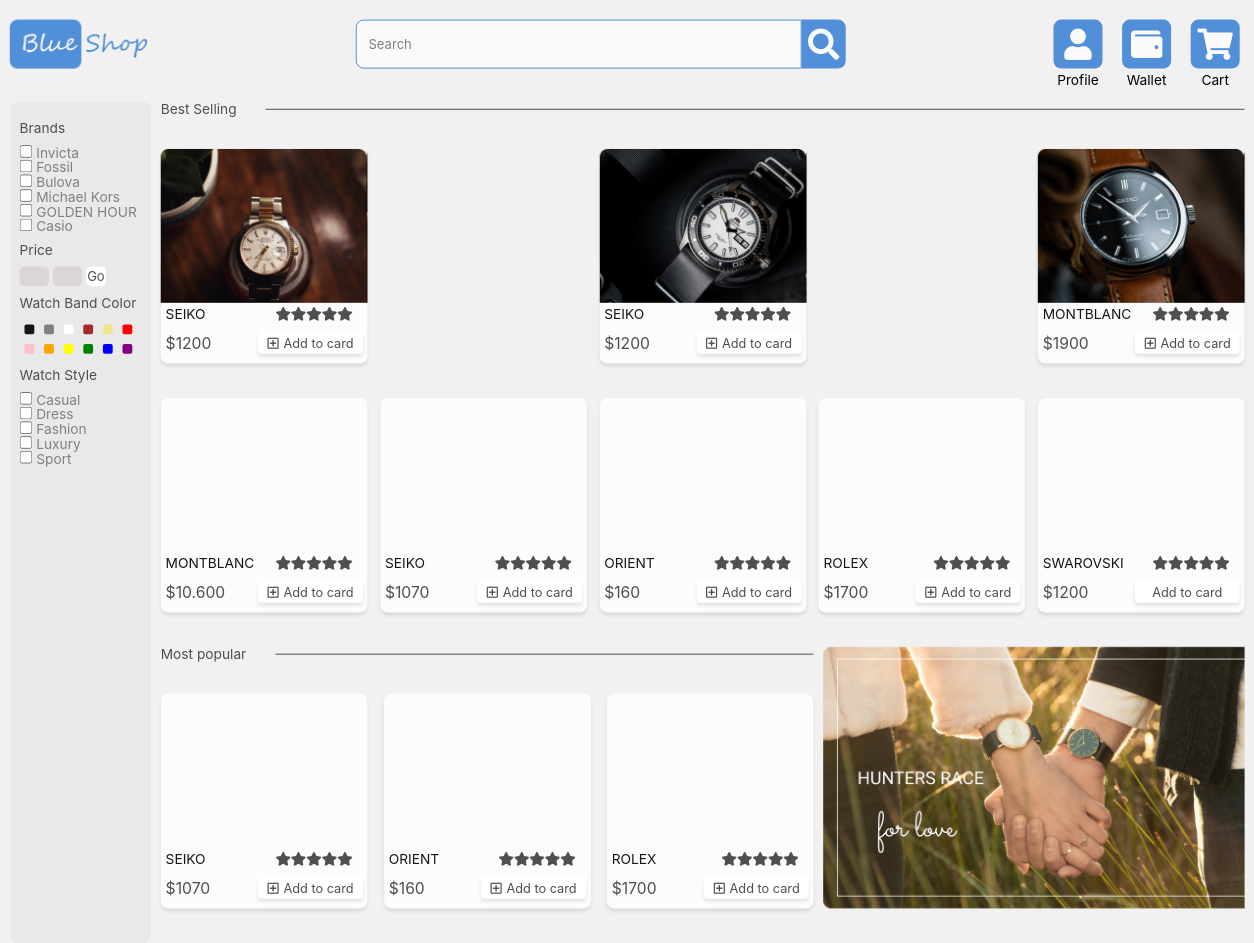
Repository: 5440000/5440000.github.io
Page: My-shop/index.html
An editor plug-in stored every save of this project. The page is shown before and after the next save, followed by the edit.
The browser window is 1280 px wide. The pictures show the whole page, at 98% of full size.

Above is the page before, as saved 2022-04-07 18:52:44.

### My-shop/index.html
<!DOCTYPE html>
<html lang="en">
  <head>
    <meta charset="UTF-8" />
    <meta name="viewport" content="width=device-width, initial-scale=1.0" />
    <link
      rel="stylesheet"
      href="https://cdnjs.cloudflare.com/ajax/libs/font-awesome/5.15.4/css/all.min.css"
      integrity="sha512-1ycn6IcaQQ40/MKBW2W4Rhis/DbILU74C1vSrLJxCq57o941Ym01SwNsOMqvEBFlcgUa6xLiPY/NS5R+E6ztJQ=="
      crossorigin="anonymous"
      referrerpolicy="no-referrer"
    />
    <title>Document</title>
    <link rel="stylesheet" href="css/style.css" />
    <link rel="stylesheet" href="css/modal.css" />
    <!-- <link
      href="https://cdn.jsdelivr.net/npm/bootstrap@5.1.3/dist/css/bootstrap.min.css"
      rel="stylesheet"
      integrity="sha384-1BmE4kWBq78iYhFldvKuhfTAU6auU8tT94WrHftjDbrCEXSU1oBoqyl2QvZ6jIW3"
      crossorigin="anonymous"
    /> -->
  </head>
  <body>
    <div class="header">
      <header class="header__container">
        <div class="header__logo">
          <img src="./img/Logo.png" alt="" />
        </div>
        <div class="search">
          <form class="form" action="#">
            <input
              class="form__ínput-area input__search"
              type="text"
              name=""
              value="Search"
            />
            <button class="form__button" type="submit">
              <i class="fas fa-search"></i>
            </button>
          </form>
        </div>
        <div class="nav">
          <div class="list-button">
            <div class="list-button__item-wrapper">
              <div class="list-button__profile list-button__item">
                <i class="fas fa-user"></i>
              </div>
              <span class="list-button__subtitle">Profile</span>
            </div>
            <div class="list-button__item-wrapper">
              <div class="list-button__wallet list-button__item">
                <i class="fas fa-wallet"></i>
              </div>
              <span class="list-button__subtitle">Wallet</span>
            </div>
            <div class="list-button__item-wrapper">
              <div class="list-button__cart list-button__item">
                <i class="fas fa-shopping-cart"></i>
              </div>

              <span class="list-button__subtitle">Cart</span>
            </div>
          </div>
        </div>
      </header>
    </div>
    <section class="main">
      <div class="main__container">
        <div class="side-bar">
          <div class="brands div-sidebar">
            <div class="side-bar-title">Brands</div>
            <div class="brands__check-box">
              <div>
                <input
                  type="checkbox"
                  id="coding"
                  name="interest"
                  value="coding"
                />
                <label for="coding">Invicta</label>
              </div>
              <div>
                <input
                  type="checkbox"
                  id="music"
                  name="interest"
                  value="music"
                />
                <label for="music">Fossil</label>
              </div>
              <div>
                <input type="checkbox" id="art" name="interest" value="art" />
                <label for="art">Bulova</label>
              </div>
              <div>
                <input
                  type="checkbox"
                  id="sports"
                  name="interest"
                  value="sports"
                />
                <label for="sports">Michael Kors</label>
              </div>
              <div>
                <input
                  type="checkbox"
                  id="cooking"
                  name="interest"
                  value="cooking"
                />
                <label for="cooking">GOLDEN HOUR</label>
              </div>
              <div>
                <input
                  type="checkbox"
                  id="other"
                  name="interest"
                  value="other"
                />
                <label for="other">Casio</label>
              </div>
            </div>
          </div>

          <div class="price div-sidebar">
            <div class="side-bar-title">Price</div>
            <form class="price__form" action="">
              <input class="price__input" type="text" name="" value="" />
              <input class="price__input" type="text" name="" value="" />

              <button id="price__button" class="price__button" type="submit">
                Go
              </button>
            </form>
          </div>
          <div class="colors div-sidebar">
            <div class="colors__title side-bar-title">Watch Band Color</div>
            <div class="wrapper-colors">
              <div class="wrapper-colors__black color"></div>
              <div class="wrapper-colors__grey color"></div>
              <div class="wrapper-colors__white color"></div>
              <div class="wrapper-colors__brown color"></div>
              <div class="wrapper-colors__kashmir color"></div>
              <div class="wrapper-colors__red color"></div>
              <div class="wrapper-colors__pink color"></div>
              <div class="wrapper-colors__orange color"></div>
              <div class="wrapper-colors__yellow color"></div>
              <div class="wrapper-colors__green color"></div>
              <div class="wrapper-colors__blue color"></div>
              <div class="wrapper-colors__purple color"></div>
            </div>
          </div>
          <div class="Style div-sidebar">
            <div class="side-bar-title">Watch Style</div>
            <div>
              <input
                type="checkbox"
                id="coding"
                name="interest"
                value="coding"
              />
              <label for="coding">Casual</label>
            </div>
            <div>
              <input type="checkbox" id="music" name="interest" value="music" />
              <label for="music">Dress</label>
            </div>
            <div>
              <input type="checkbox" id="art" name="interest" value="art" />
              <label for="art">Fashion</label>
            </div>
            <div>
              <input
                type="checkbox"
                id="sports"
                name="interest"
                value="sports"
              />
              <label for="sports">Luxury</label>
            </div>
            <div>
              <input
                type="checkbox"
                id="cooking"
                name="interest"
                value="cooking"
              />
              <label for="cooking">Sport</label>
            </div>
          </div>
        </div>
        <div class="shop">
          <div class="banner"></div>
          <div class="shop__separator separator">
            <div class="separator__title">Best Selling</div>
          </div>
          <div id="list_goods">

          </div>
          <div class="shop__list-items">
            <div class="item">
              <div class="item__image item__image--montblank"></div>
              <div class="item__discription-container">
                <div class="item__name item-size">MONTBLANC</div>
                <div class="item__raiting item-size">
                  <i class="fas fa-star"></i>
                  <i class="fas fa-star"></i>
                  <i class="fas fa-star"></i>
                  <i class="fas fa-star"></i>
                  <i class="fas fa-star"></i>
                </div>
                <div class="item__price item-size">$10.600</div>
                <div class="item__button item-size">
                  <button class="item__buttion">
                    <i class="far fa-plus-square"></i>Add to card
                  </button>
                </div>
              </div>
            </div>
            <div class="item">
              <div class="item__image item__image--seiko"></div>
              <div class="item__discription-container">
                <div class="item__name item-size">SEIKO</div>
                <div class="item__raiting item-size">
                  <i class="fas fa-star"></i>
                  <i class="fas fa-star"></i>
                  <i class="fas fa-star"></i>
                  <i class="fas fa-star"></i>
                  <i class="fas fa-star"></i>
                </div>
                <div class="item__price item-size">$1070</div>
                <div class="item__button item-size">
                  <button class="item__buttion">
                    <i class="far fa-plus-square"></i>Add to card
                  </button>
                </div>
              </div>
            </div>
            <div class="item">
              <div class="item__image item__image--orient"></div>
              <div class="item__discription-container">
                <div class="item__name item-size">ORIENT</div>
                <div class="item__raiting item-size">
                  <i class="fas fa-star"></i>
                  <i class="fas fa-star"></i>
                  <i class="fas fa-star"></i>
                  <i class="fas fa-star"></i>
                  <i class="fas fa-star"></i>
                </div>
                <div class="item__price item-size">$160</div>
                <div class="item__button item-size">
                  <button class="item__buttion">
                    <i class="far fa-plus-square"></i>Add to card
                  </button>
                </div>
              </div>
            </div>
            <div class="item">
              <div class="item__image item__image--rolex"></div>
              <div class="item__discription-container">
                <div class="item__name item-size">ROLEX</div>
                <div class="item__raiting item-size">
                  <i class="fas fa-star"></i>
                  <i class="fas fa-star"></i>
                  <i class="fas fa-star"></i>
                  <i class="fas fa-star"></i>
                  <i class="fas fa-star"></i>
                </div>
                <div class="item__price item-size">$1700</div>
                <div class="item__button item-size">
                  <button class="item__buttion">
                    <i class="far fa-plus-square"></i>Add to card
                  </button>
                </div>
              </div>
            </div>
            <div class="item">
              <div class="item__image item__image--swarovski"></div>
              <div class="item__discription-container">
                <div class="item__name item-size">SWAROVSKI</div>
                <div class="item__raiting item-size">
                  <i class="fas fa-star"></i>
                  <i class="fas fa-star"></i>
                  <i class="fas fa-star"></i>
                  <i class="fas fa-star"></i>
                  <i class="fas fa-star"></i>
                </div>
                <div class="item__price item-size">$1200</div>
                <div class="item__button item-size">
                  <button class="item__buttion">Add to card</button>
                </div>
              </div>
            </div>
          </div>
          <div class="shop__wrapper-of-list-most-popular">
            <div class="shop__list-of-most-popular">
              <div class="separator">
                <div class="separator__title">Most popular</div>
              </div>

              <div class="shop__list-items shop__list-items--for-3items">
                <div class="item">
                  <div class="item__image item__image--seiko"></div>
                  <div class="item__discription-container">
                    <div class="item__name item-size">SEIKO</div>
                    <div class="item__raiting item-size">
                      <i class="fas fa-star"></i>
                      <i class="fas fa-star"></i>
                      <i class="fas fa-star"></i>
                      <i class="fas fa-star"></i>
                      <i class="fas fa-star"></i>
                    </div>
                    <div class="item__price item-size">$1070</div>
                    <div class="item__button item-size">
                      <button class="item__buttion">
                        <i class="far fa-plus-square"></i>Add to card
                      </button>
                    </div>
                  </div>
                </div>
                <div class="item">
                  <div class="item__image item__image--orient"></div>
                  <div class="item__discription-container">
                    <div class="item__name item-size">ORIENT</div>
                    <div class="item__raiting item-size">
                      <i class="fas fa-star"></i>
                      <i class="fas fa-star"></i>
                      <i class="fas fa-star"></i>
                      <i class="fas fa-star"></i>
                      <i class="fas fa-star"></i>
                    </div>
                    <div class="item__price item-size">$160</div>
                    <div class="item__button item-size">
                      <button class="item__buttion">
                        <i class="far fa-plus-square"></i>Add to card
                      </button>
                    </div>
                  </div>
                </div>
                <div class="item">
                  <div id ="aaa" class="item__image item__image--rolex"></div>
                  <div class="item__discription-container">
                    <div class="item__name item-size">ROLEX</div>
                    <div class="item__raiting item-size">
                      <i class="fas fa-star"></i>
                      <i class="fas fa-star"></i>
                      <i class="fas fa-star"></i>
                      <i class="fas fa-star"></i>
                      <i class="fas fa-star"></i>
                    </div>
                    <div class="item__price item-size">$1700</div>
                    <div class="item__button item-size">
                      <button id="start" class="item__buttion">
                        <i class="far fa-plus-square"></i>Add to card
                      </button>
                    </div>
                  </div>
                </div>
              </div>
            </div>
            <div class="little-banner"></div>
          </div>
        </div>
      </div>
    </section>

    <script src="./bases.js"></script>
    <script src="./modal.js"></script>
    <script src="./index.js"></script>
    <!-- <script src="./script.js"></script> -->
  </body>
</html>

### My-shop/css/style.css
/*Обнуление*/
* {
  padding: 0;
  margin: 0;
  border: 0;
}
*,
*:before,
*:after {
  -moz-box-sizing: border-box;
  -webkit-box-sizing: border-box;
  box-sizing: border-box;
}
:focus,
:active {
  outline: none;
}
a:focus,
a:active {
  outline: none;
}

nav,
footer,
header,
aside {
  display: block;
}

html,
body {
  height: 100%;
  width: 100%;
  font-size: 100%;
  line-height: 1;
  font-size: 14px;
  -ms-text-size-adjust: 100%;
  -moz-text-size-adjust: 100%;
  -webkit-text-size-adjust: 100%;
}
input,
button,
textarea {
  font-family: inherit;
}

input::-ms-clear {
  display: none;
}
button {
  cursor: pointer;
}
button::-moz-focus-inner {
  padding: 0;
  border: 0;
}
a,
a:visited {
  text-decoration: none;
}
a:hover {
  text-decoration: none;
}
ul li {
  list-style: none;
}
img {
  vertical-align: top;
}

h1,
h2,
h3,
h4,
h5,
h6 {
  font-size: inherit;
  font-weight: 400;
}
/*--------------------*/

body {
  font-family: -apple-system, BlinkMacSystemFont, "Segoe UI", Roboto, Oxygen,
    Ubuntu, Cantarell, "Open Sans", "Helvetica Neue", sans-serif;
  background-color: #f1f1f1;
  max-width: 1380px;
  padding: 0 10px;
  margin: 0 auto;

}
.header__container {
  margin: 0 auto;
  display: flex;
  justify-content: space-between;
  flex-direction: row;
  /* flex: 0 0 1360px; */
  margin-top: 20px;
}
.header__logo {
  flex: 0 0 141px;
}
.nav {
  display: flex;
  width: 195px;
}
.search {
  flex: 0 1 500px;
  margin: 0 10px;
}
.form {
  display: flex;
}

.form__ínput-area {
  height: 50px;
  background: #fafafa;
  border: 1px solid #518fd8;
  box-sizing: border-box;
  border-top-left-radius: 8px;
  border-bottom-left-radius: 8px;
  max-width: 500px;
  width: 100%;
}
.form__button {
  background: #518fd8;
  border-radius: 0px 8px 8px 0px;
  height: 50px;
  width: 50px;
  font-size: 32px;
  color: #fafafa;
  display: flex;
  justify-content: center;
  align-items: center;
}
.list-button {
  display: flex;
  justify-content: space-between;
  flex: 0 1 190px;
  min-width: 170px;
}
.list-button__subtitle {
  display: block;
  text-align: center;
  margin-top: 5px;
}
.list-button__item {
  background-color: #518fd8;
  border-radius: 8px;
  height: 50px;
  width: 50px;
  font-size: 32px;
  color: #fafafa;
  display: flex;
  justify-content: center;
  align-items: center;
}

.input__search {
  padding: 0 12px;
  color: grey;
}

/*--------sectiona 1------------*/
.main__container {
  width: 100%;
  margin: 0 auto;
  display: flex;
  /* justify-content: space-between; */
}

.shop {
  display: flex;
  flex-direction: column;
  flex: 1 1 auto;
}

.banner {
  background-image: url(../img/Group.png);
  background-repeat: no-repeat;
  width: 1203px;
  height: 206px;
  margin-bottom: 34px;


}

.main {
  margin-top: 15px;
}
.side-bar {
  background-color: #e9e9e9;
  padding: 10px 10px;
  border-radius: 8px;
  width: 144px;
  margin-right: 10px;
  min-width: 144px;
}

.side-bar-title {
  margin: 10px 0;
  color: #4f4f4f;
}

.price__input {
  width: 30px;
  height: 20px;
  padding: 0 5px;
  color: grey;
  background: #c7b7b766;
  border-radius: 5px;
}

.price__button {
  width: 20px;
  height: 20px;
  background-color: white;
  border-radius: 5px;
  color: #4f4f4f;
}
label {
  color: grey;
}

.wrapper-colors {
  display: flex;
  flex-wrap: wrap;
}
.wrapper-colors__black {
  background: #151515;
}
.color {
  width: 10px;
  height: 10px;
  border-radius: 2px;
  margin: 5px;
}
.wrapper-colors__grey {
  background-color: grey;
}
.wrapper-colors__white {
  background-color: white;
}
.wrapper-colors__brown {
  background-color: brown;
}
.wrapper-colors__kashmir {
  background-color: khaki;
}
.wrapper-colors__red {
  background-color: red;
}
.wrapper-colors__pink {
  background-color: pink;
}
.wrapper-colors__orange {
  background-color: orange;
}
.wrapper-colors__yellow {
  background-color: yellow;
}
.wrapper-colors__green {
  background-color: green;
}
.wrapper-colors__blue {
  background-color: blue;
}
.wrapper-colors__purple {
  background-color: purple;
}

.separator {
  margin-bottom: 34px;
}
.separator__title {
  display: flex;
  align-items: center;
  white-space: nowrap;
  color: #4f4f4f;
}

.separator__title::after {
  content: "";
  border-top: 1px solid #4f4f4f;
  width: 100%;
  height: 1px;
  margin-left: 30px;
}

.shop__list-items {
  display: flex;
  flex-wrap: wrap;
  justify-content: space-between;
}

.item {
  width: 211px;
  height: 219px;
  border-radius: 8px;
  background-color: #fcfcfc;
  box-shadow: 0px 3px 4px rgba(0, 0, 0, 0.1);
  margin-bottom: 35px;
}
.item__image {
  display: block;
  align-content: center;
  height: 157px;
  width: 211px;
}
/* .item__image--montblank {
  background-image: url(../img/01.png);
}

.item__image--seiko {
  background-image: url(../img/06.png);
}

.item__image--orient {
  background-image: url(../img/03.png);
}

.item__image--rolex {
  background-image: url(../img/04.png);
}

.item__image--swarovski {
  background-image: url(../img/05.png);
} */

.item__discription-container {
  color: #4f4f4f;

  display: flex;
  flex-wrap: wrap;
  justify-content: space-between;
  align-items: center;
}

.item-size {
  margin: 5px;
}

.item__buttion {
  width: 107px;
  height: 23px;
  box-shadow: 0 3px 4px rgba(0, 0, 0, 0.1);
  border-radius: 4px;
  background-color: white;
  color: #4f4f4f;
  font-size: 13px;
}

.item__price {
  font-size: 16px;
}

.item__name {
  color: #151515;
}

.fa-plus-square {
  width: 13px;
  height: 13px;
  color: #4f4f4f;
  margin-right: 4px;
}

.item__raiting {
  display: flex;
  justify-content: center;
  flex-basis: 47%;
}

.little-banner {
  background-image: url(../img/Little-banner.png);
  width: 456px;
  height: 267px;
  margin-left: 10px;

  background-repeat: no-repeat;

}

.shop__wrapper-of-list-most-popular {
  display: flex;
  justify-content: space-between;
}

.shop__list-items--for-3items {
  display: flex;
}

.shop__list-of-most-popular {
  flex-basis: 707px;
}

#list_goods {
  display: flex;
  flex-wrap: wrap;
  justify-content: space-between;

}

@media (max-width: 1400px) {
  .banner {
    display: none;
  }
  main {
      max-width: 1280px;
      margin: 0 auto;
  }
/* .little-banner {
    display: none;
} */
}

@media (max-width: 499px) {
.search {
    display: none;
}
}

.modal {
    display: none;
    position: fixed;
    z-index: 1;
    left: 0;
    top: 0;
    width: 100%;
    height: 100%;
    overflow: auto;
    background-color: rgba(0, 0, 0, 0.8);
}

.modal-content {
    background-color: #fefefe;
    margin: 15% auto;
    padding: 20px;
    border: 1px solid #888;
    width: 80%;
}

.close {
    color: #aaa;
    float: right;
    font-size: 28px;
    font-weight: bold;
}

### My-shop/css/modal.css


.modal-overlay {
    top: 0;
    left: 0;
    right: 0;
    bottom: 0;
    background-color: rgba(0, 0, 0, .5);
    position: fixed;
 }
.modal-window {
    /* display: flex;
    justify-content: center;
    flex-direction: column;
    align-items: center; */
    width: 500px;
    border-radius: 5px;
    background: #fff;
    margin: 100px auto;
 }
.modal-header {padding: 5px 10px;
    display: flex;
    justify-content: space-between;
    border-bottom: 1px solid rgb(199, 191, 191);


 }
.modal-title {
    font-size: 15px;
    padding: 10px 0px;
    padding-left: 0px;

}
.modal-close {
    cursor: pointer;
    font-size: 24px;
}

.modal-footer {
    padding: 5px 10px;
    display: flex;
    justify-content: end;
    border-top: 1px solid rgb(199, 191, 191);
 }

 .modal-body {
     display: flex;
     margin: 10px;
 }


 .modal-body-img {
    height: 217px;
    width: 211px;
    background-repeat: no-repeat;
    background-size: cover;
    background-position: center;
    margin-left: 10px;
 }

 .modal-good-info {
     display: flex;
     flex-direction: column;
     margin-left: 10px;
 }

 .price {
     white-space: nowrap;
 }


 .vmodal.open .modal-overlay,
 .vmodal.open .modal-window {
     opacity: 1;
     z-index: 1000;
 }

 .modal-overlay, .modal-window {
    opacity: 0;
    z-index: -1000;

 }

.modal-btn {
    width: 100px;
    height: 30px;
    border-radius: 5px;
    margin: 0 10px;
    color: #fff;



}

.modal-btn-add-in-cart {
    background-color: rgb(74, 172, 55);
    color: #fff;
}
.modal-btn-close {
    background-color: rgb(192, 58, 40);


 }

Loaded but not shown: My-shop/bases.js (common file); My-shop/index.js (76 lines, source omitted); My-shop/modal.js (65 lines, source omitted)

After the next save:
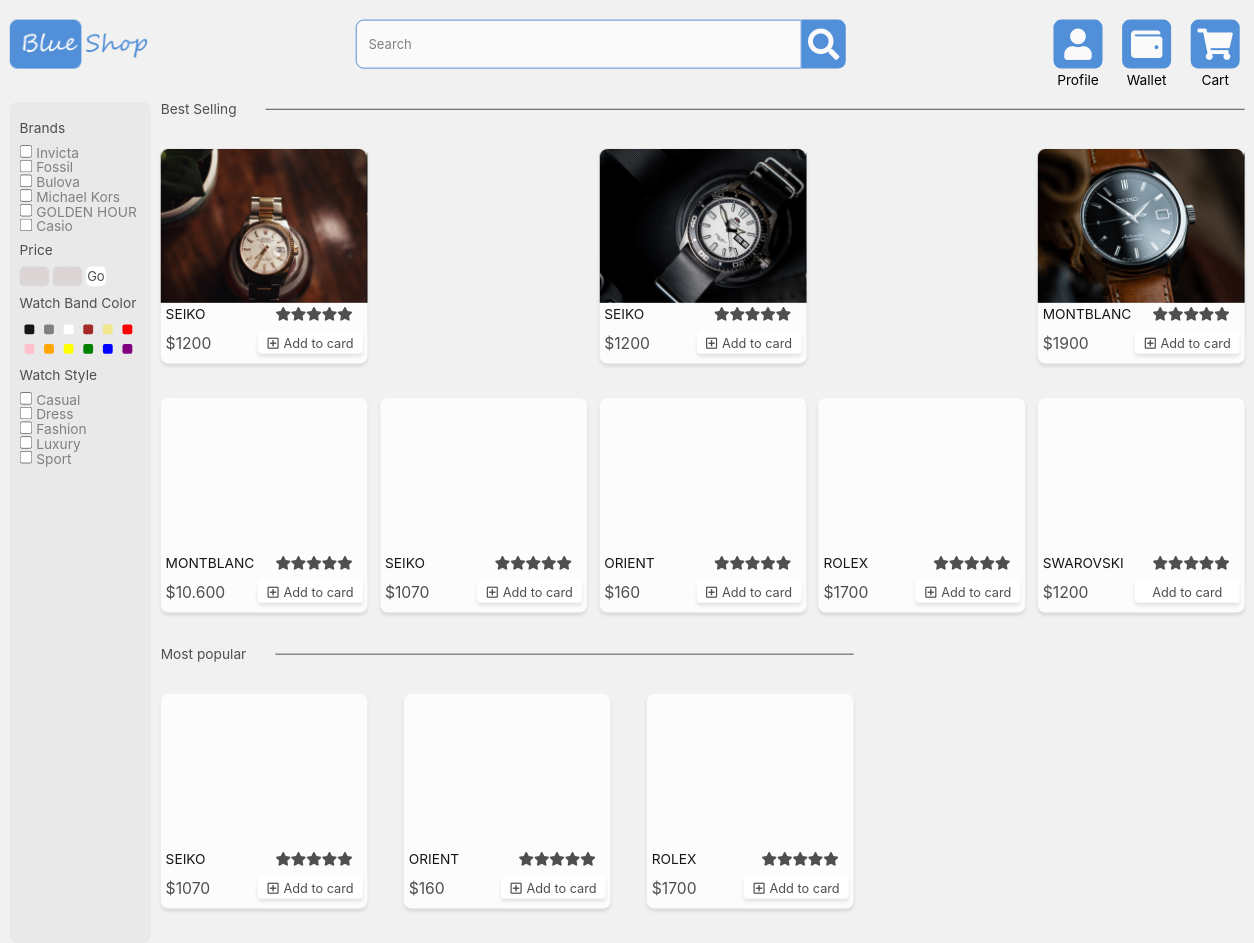
Saved 3 min 27 s later.
--- a/My-shop/css/style.css
+++ b/My-shop/css/style.css
@@ -408,9 +408,9 @@
       max-width: 1280px;
       margin: 0 auto;
   }
-/* .little-banner {
+.little-banner {
     display: none;
-} */
+}
 }
 
 @media (max-width: 499px) {
